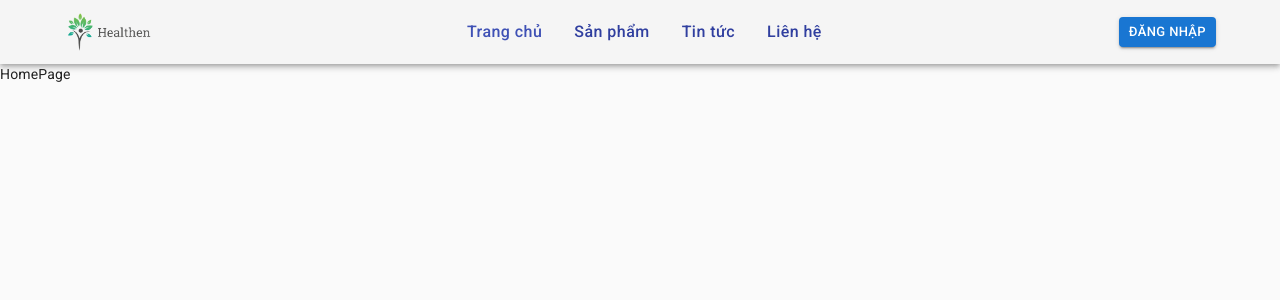
Repository: ndtrung341/Bao_Cao_PTW
Page: / (app in client/)
An editor plug-in stored every save of this project. The page is shown before and after the next save, followed by the edit.
The browser window is 1280 px wide. The pictures show the whole page.
The project was rebuilt for these pictures with package versions that can differ from the ones it lists, and the page was loaded fresh each time. Also part of the build but not shown: client/src/App.css, client/src/features/cart/index.jsx.

Above is the page before, as saved 2022-03-24 14:59:40.

### client/public/index.html
<!DOCTYPE html>
<html lang="en">
   <head>
      <meta charset="utf-8" />
      <link rel="icon" href="%PUBLIC_URL%/favicon.ico" />
      <meta name="viewport" content="width=device-width, initial-scale=1" />
      <meta name="theme-color" content="#000000" />
      <meta name="description" content="Web site created using create-react-app" />
      <link rel="apple-touch-icon" href="%PUBLIC_URL%/logo192.png" />
      <!--
      manifest.json provides metadata used when your web app is installed on a
      user's mobile device or desktop. See https://developers.google.com/web/fundamentals/web-app-manifest/
    -->
      <link rel="manifest" href="%PUBLIC_URL%/manifest.json" />
      <!--
      Notice the use of %PUBLIC_URL% in the tags above.
      It will be replaced with the URL of the `public` folder during the build.
      Only files inside the `public` folder can be referenced from the HTML.

      Unlike "/favicon.ico" or "favicon.ico", "%PUBLIC_URL%/favicon.ico" will
      work correctly both with client-side routing and a non-root public URL.
      Learn how to configure a non-root public URL by running `npm run build`.
    -->
      <link
         rel="stylesheet"
         href="https://fonts.googleapis.com/css?family=Roboto:300,400,500,700&display=swap"
      />
      <link rel="stylesheet" href="https://fonts.googleapis.com/icon?family=Material+Icons" />
      <title>React App</title>
   </head>
   <body>
      <noscript>You need to enable JavaScript to run this app.</noscript>
      <div id="root"></div>
      <!--
      This HTML file is a template.
      If you open it directly in the browser, you will see an empty page.

      You can add webfonts, meta tags, or analytics to this file.
      The build step will place the bundled scripts into the <body> tag.

      To begin the development, run `npm start` or `yarn start`.
      To create a production bundle, use `npm run build` or `yarn build`.
    -->
   </body>
</html>

### client/src/index.js
import React from 'react';
import ReactDOM from 'react-dom';
import './index.css';
import App from './App';
import reportWebVitals from './reportWebVitals';
import { CssBaseline } from '@material-ui/core';
import { BrowserRouter } from 'react-router-dom';

ReactDOM.render(
   <React.StrictMode>
      <BrowserRouter>
         <CssBaseline />
         <App />
      </BrowserRouter>
   </React.StrictMode>,
   document.getElementById('root')
);

// If you want to start measuring performance in your app, pass a function
// to log results (for example: reportWebVitals(console.log))
// or send to an analytics endpoint. Learn more: https://bit.ly/CRA-vitals
reportWebVitals();

### client/src/App.jsx
import './App.css';
import Header from './components/Header';
import { Route, Routes } from 'react-router-dom';
import React from 'react';
import CartFeature from 'features/cart';

const CollectionsFeature = React.lazy(() => import('features/collections'));
const ProductFeature = React.lazy(() => import('features/product'));
const HomePage = React.lazy(() => import('pages/HomePage'));

function App() {
   return (
      <>
         <Header />
         <React.Suspense fallback={''}>
            <Routes>
               <Route path='' element={<HomePage />} />
               <Route path='collections' element={<CollectionsFeature />} />
               <Route path='product/*' element={<ProductFeature />} />
               <Route path='cart/*' element={<CartFeature />}></Route>
            </Routes>
         </React.Suspense>
      </>
   );
}

export default App;

### client/src/components/Header/index.jsx
import React from 'react';
import AppBar from '@mui/material/AppBar';
import Box from '@mui/material/Box';
import Toolbar from '@mui/material/Toolbar';
import Container from '@mui/material/Container';
import HeaderLogo from './HeaderLogo';
import HeaderMenu from './HeaderMenu';
import HeaderRight from './HeaderRight';

const Header = () => {
   return (
      <AppBar position="static" color="default">
         <Container>
            <Toolbar disableGutters>
               <HeaderLogo />
               <HeaderMenu />
               <Box sx={{ flexGrow: 0, order: { xs: 2, md: 0 } }}>
                  <HeaderRight />
               </Box>
            </Toolbar>
         </Container>
      </AppBar>
   );
};

export default Header;

### client/src/pages/HomePage.jsx
import React from 'react';

const HomePage = () => {
   return <div>HomePage</div>;
};

export default HomePage;

### client/src/components/Header/HeaderLogo.jsx
import React from 'react';
import { Box } from '@mui/material';
import { LOGO } from 'constants';

const HeaderLogo = () => {
   return (
      <>
         <Box
            sx={{
               display: 'flex',
               flexGrow: { md: 0, xs: 1 },
               order: { md: 0, xs: 1 },
               mr: 2,
            }}
         >
            <img src={LOGO} alt="" width={90} />
         </Box>
      </>
   );
};

export default HeaderLogo;

### client/src/components/Header/HeaderMenu.jsx
import { Box, Button, IconButton, Menu, MenuItem, Typography } from '@mui/material';
import React from 'react';
import MenuIcon from '@mui/icons-material/Menu';
import { NAV_LINKS } from 'constants';
import { makeStyles } from '@material-ui/core';
import { NavLink } from 'react-router-dom';

const useStyles = makeStyles((theme) => ({
   menu: {
      color: theme.palette.text.secondary,
      justifyContent: 'center',
      '&>button': {
         margin: theme.spacing(0, 1),
         display: 'block',
         fontSize: theme.typography.htmlFontSize,
      },
   },
   link: {
      color: theme.palette.primary.dark,
      textTransform: 'none',
      textDecoration: 'none',
      '&&.active': {
         color: theme.palette.primary.main,
      },
   },
}));

const HeaderMenu = () => {
   const classes = useStyles();

   const [anchorElNav, setAnchorElNav] = React.useState(null);

   const handleOpenNavMenu = (event) => {
      setAnchorElNav(event.currentTarget);
   };

   const handleCloseNavMenu = () => {
      setAnchorElNav(null);
   };

   return (
      <>
         {/* MENU MOBILE */}
         <Box sx={{ flexGrow: 1, flexShrink: 0, display: { xs: 'flex', md: 'none' } }}>
            <IconButton
               size='large'
               aria-label='account of current user'
               aria-controls='menu-appbar'
               aria-haspopup='true'
               onClick={handleOpenNavMenu}
               color='inherit'
            >
               <MenuIcon />
            </IconButton>
            <Menu
               id='menu-appbar'
               anchorEl={anchorElNav}
               anchorOrigin={{
                  vertical: 'bottom',
                  horizontal: 'left',
               }}
               keepMounted
               transformOrigin={{
                  vertical: 'top',
                  horizontal: 'left',
               }}
               open={Boolean(anchorElNav)}
               onClose={handleCloseNavMenu}
               sx={{
                  display: { xs: 'block', md: 'none' },
               }}
            >
               {NAV_LINKS.map((item) => (
                  <MenuItem key={item.name} onClick={handleCloseNavMenu}>
                     <Typography textAlign='center'>{item.name}</Typography>
                  </MenuItem>
               ))}
            </Menu>
         </Box>
         {/* END MENU MOBILE */}

         {/* MENU */}
         <Box sx={{ flexGrow: 1, flexShrink: 0, display: { xs: 'none', md: 'flex' } }} className={classes.menu}>
            {NAV_LINKS.map((item) => (
               <Button key={item.name} onClick={handleCloseNavMenu}>
                  <NavLink to={item.path} className={classes.link}>
                     {item.name}
                  </NavLink>
               </Button>
            ))}
         </Box>
      </>
   );
};

export default HeaderMenu;

### client/src/components/Header/HeaderRight.jsx
import React, { useState } from 'react';
import { LogoutOutlined } from '@mui/icons-material';
import {
   Avatar,
   Button,
   Divider,
   IconButton,
   ListItemIcon,
   ListItemText,
   Menu,
   MenuItem,
   Tooltip,
} from '@mui/material';
import { SETTING_LINKS, AVATAR_DEFAULT } from 'constants';

const HeaderRight = () => {
   const [anchorElUser, setAnchorElUser] = useState(null);
   const isLoggedIn = false;

   const handleOpenUserMenu = (event) => {
      setAnchorElUser(event.currentTarget);
   };

   const handleCloseUserMenu = () => {
      setAnchorElUser(null);
   };

   if (!isLoggedIn) {
      return (
         <Button variant="contained" size="small">
            Đăng nhập
         </Button>
      );
   }

   return (
      <>
         <Tooltip title="Open settings">
            <IconButton onClick={handleOpenUserMenu} sx={{ p: 0 }}>
               <Avatar alt="Remy Sharp" src={AVATAR_DEFAULT} sx={{ width: 45, height: 45 }} />
            </IconButton>
         </Tooltip>
         <Menu
            id="menu-appbar"
            anchorEl={anchorElUser}
            anchorOrigin={{
               vertical: 'bottom',
               horizontal: 'right',
            }}
            keepMounted
            transformOrigin={{
               vertical: 'top',
               horizontal: 'right',
            }}
            open={Boolean(anchorElUser)}
            onClose={handleCloseUserMenu}
         >
            {SETTING_LINKS.map((setting) => (
               <MenuItem key={setting.name} onClick={handleCloseUserMenu}>
                  <ListItemIcon>{setting.icon}</ListItemIcon>
                  <ListItemText>{setting.name}</ListItemText>
               </MenuItem>
            ))}
            <Divider />
            <MenuItem>
               <ListItemIcon>
                  <LogoutOutlined />
               </ListItemIcon>
               <ListItemText>Đăng xuất</ListItemText>
            </MenuItem>
         </Menu>
      </>
   );
};

export default HeaderRight;

### client/src/constants/common.js
import InfoOutlinedIcon from '@mui/icons-material/InfoOutlined';
import AccountCircleOutlinedIcon from '@mui/icons-material/AccountCircleOutlined';

export const LOGO = require('assets/img/logo.png');
export const AVATAR_DEFAULT = require('assets/img/avatar-default.png');
export const NAV_LINKS = [
   {
      name: 'Trang chủ',
      path: '/',
   },
   {
      name: 'Sản phẩm',
      path: '/collections',
   },
   {
      name: 'Tin tức',
      path: '/blog',
   },
   {
      name: 'Liên hệ',
      path: '/contact',
   },
];

export const SETTING_LINKS = [
   {
      name: 'Thông tin cá nhân',
      path: '/user/profile',
      icon: <InfoOutlinedIcon />,
   },
   {
      name: 'Tài khoản',
      path: '/user/account',
      icon: <AccountCircleOutlinedIcon />,
   },
];

Loaded but not shown: client/src/index.css (common file); client/src/reportWebVitals.js (common file); client/src/constants/index.js (common file)

After the next save:
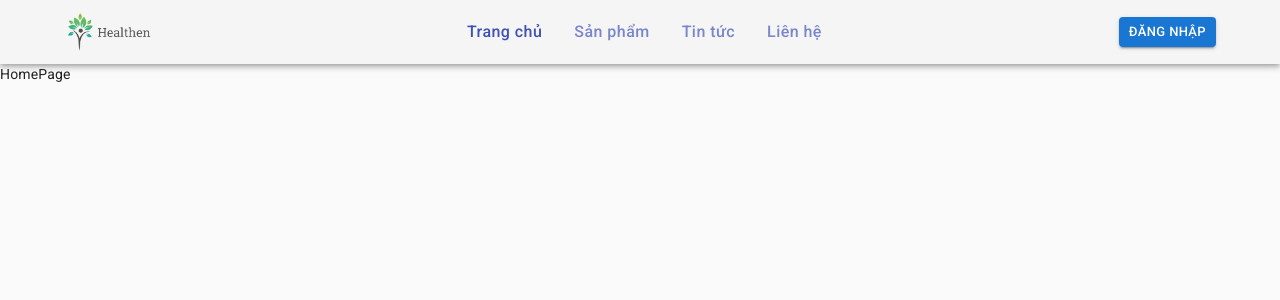
Saved 12 s later.
--- a/client/src/components/Header/HeaderMenu.jsx
+++ b/client/src/components/Header/HeaderMenu.jsx
@@ -16,7 +16,7 @@
       },
    },
    link: {
-      color: theme.palette.primary.dark,
+      color: theme.palette.primary.light,
       textTransform: 'none',
       textDecoration: 'none',
       '&&.active': {
